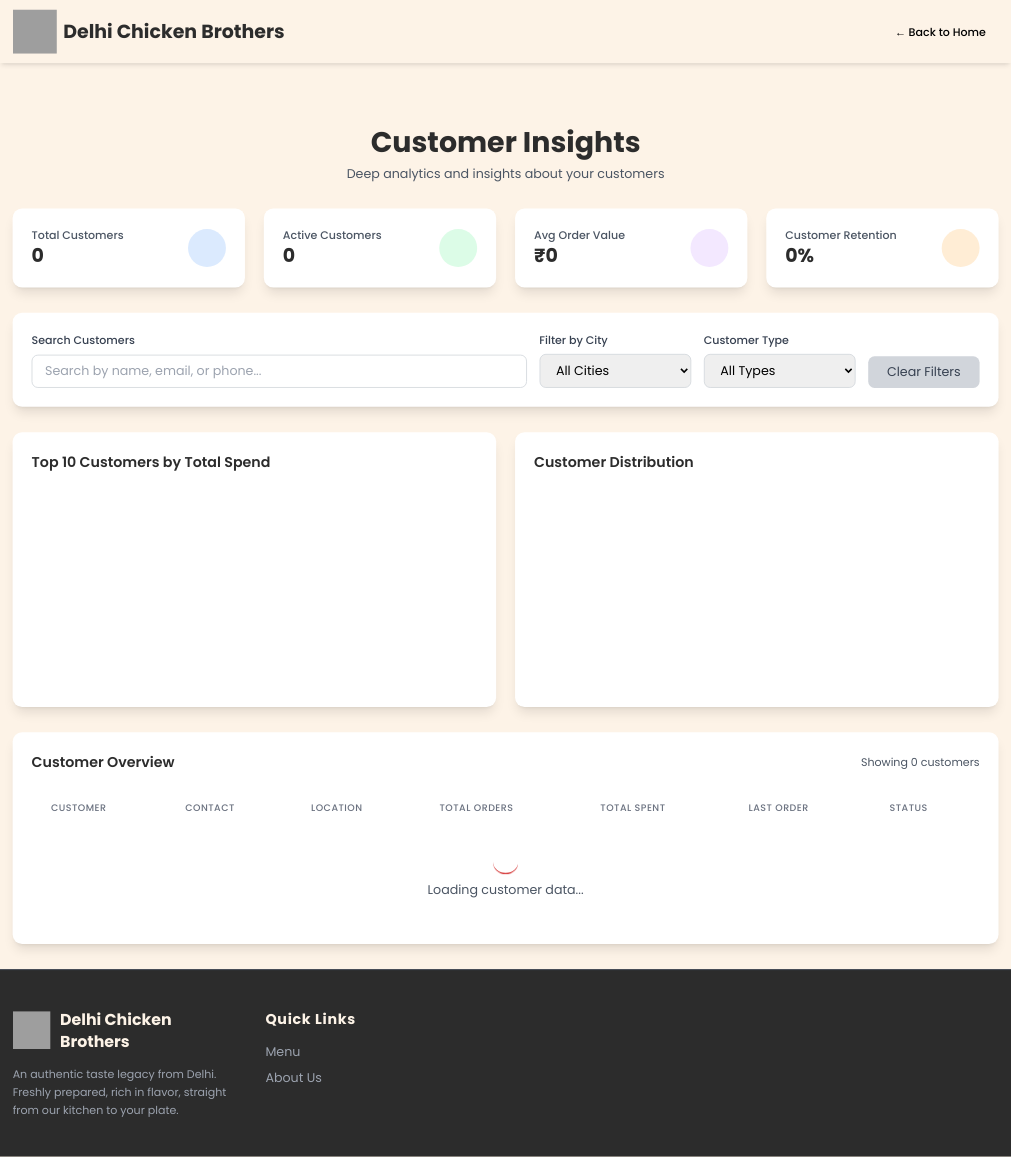
Repository: roydigital/dcb_pos_final
Page: customers.html
The author's editor kept a copy of each file at every save. The page is drawn from the files as they stood at one save, then again after a run of saves.
The browser window is 1280 px wide. The pictures show the whole page, at 79% of full size.
Pictures or frames that could not be fetched are drawn as grey boxes. Some web libraries are served in a nearby version.

Above is the page before, as saved 2025-10-13 16:50:54.

### customers.html
<!DOCTYPE html>
<html lang="en">
<head>
    <meta charset="UTF-8">
    <meta name="viewport" content="width=device-width, initial-scale=1.0">
    <title>Customer Insights - Delhi Chicken Brothers</title>
    <script src="https://cdn.tailwindcss.com"></script>
    <link rel="preconnect" href="https://fonts.googleapis.com">
    <link rel="preconnect" href="https://fonts.gstatic.com" crossorigin>
    <link href="https://fonts.googleapis.com/css2?family=Poppins:wght@400;500;600;700&family=Roboto:wght@400;500;700&display=swap" rel="stylesheet">
    <script src="https://unpkg.com/lucide@latest"></script>
    <script src="https://cdn.jsdelivr.net/npm/chart.js"></script>
    <style>
        body {
            font-family: 'Poppins', 'Roboto', sans-serif;
            background-color: #FDF3E7;
        }
        :root {
            --brand-red: #D12727;
            --brand-dark: #2C2C2C;
            --brand-cream: #FDF3E7;
            --brand-light-cream: #FFFBF5;
        }
        .bg-brand-red { background-color: var(--brand-red); }
        .text-brand-red { color: var(--brand-red); }
        .border-brand-red { border-color: var(--brand-red); }
        .bg-brand-dark { background-color: var(--brand-dark); }
        .text-brand-dark { color: var(--brand-dark); }
        .bg-brand-cream { background-color: var(--brand-cream); }
        .text-brand-cream { color: var(--brand-cream); }
        .bg-brand-light-cream { background-color: var(--brand-light-cream); }

        /* Custom scrollbar */
        ::-webkit-scrollbar {
            width: 8px;
        }
        ::-webkit-scrollbar-track {
            background: var(--brand-cream);
        }
        ::-webkit-scrollbar-thumb {
            background: var(--brand-red);
            border-radius: 10px;
        }
        ::-webkit-scrollbar-thumb:hover {
            background: #a81f1f;
        }

        .customer-card {
            transition: all 0.3s ease;
        }
        .customer-card:hover {
            transform: translateY(-2px);
            box-shadow: 0 10px 25px -5px rgba(0, 0, 0, 0.1);
        }

        .fade-in {
            animation: fadeIn 0.5s ease-in;
        }

        @keyframes fadeIn {
            from { opacity: 0; transform: translateY(10px); }
            to { opacity: 1; transform: translateY(0); }
        }

        .loading {
            opacity: 0.6;
            pointer-events: none;
        }

        /* Badge styles */
        .badge-new { background-color: #10B981; color: white; }
        .badge-returning { background-color: #3B82F6; color: white; }
        .badge-frequent { background-color: #8B5CF6; color: white; }
        .badge-high-value { background-color: #F59E0B; color: white; }
        .badge-inactive { background-color: #6B7280; color: white; }

        /* Drawer animations */
        .drawer-enter {
            transform: translateX(100%);
        }
        .drawer-enter-active {
            transform: translateX(0);
            transition: transform 0.3s ease-out;
        }
        .drawer-exit {
            transform: translateX(0);
        }
        .drawer-exit-active {
            transform: translateX(100%);
            transition: transform 0.3s ease-in;
        }
    </style>
</head>
<body class="min-h-screen flex flex-col">
    <!-- Header -->
    <header class="bg-brand-cream sticky top-0 z-40 shadow-md" style="background-color: #FDF3E7 !important;">
        <div class="container mx-auto px-4 py-3 flex justify-between items-center">
            <a href="index.html" class="flex items-center gap-2">
                <img src="https://dcbchicken.com/images/logo.png" alt="Delhi Chicken Brothers Logo" class="h-12 w-12 md:h-14 md:w-14">
                <span class="text-xl md:text-2xl font-bold text-brand-dark hidden sm:block">Delhi Chicken Brothers</span>
            </a>
            <div class="flex items-center gap-4">
                <a href="index.html" class="text-sm font-medium hover:text-brand-red transition-colors">← Back to Home</a>
                <div id="auth-container"></div>
            </div>
        </div>
    </header>

    <!-- Main Content -->
    <main class="container mx-auto px-4 pt-20 pb-8 flex-grow">
        <!-- Page Header -->
        <div class="text-center mb-8">
            <h1 class="text-3xl md:text-4xl font-bold text-brand-dark mb-2">Customer Insights</h1>
            <p class="text-gray-600">Deep analytics and insights about your customers</p>
        </div>

        <!-- Quick Stats Cards -->
        <div class="grid grid-cols-1 md:grid-cols-2 lg:grid-cols-4 gap-6 mb-8">
            <div class="bg-white rounded-xl shadow-lg p-6 customer-card">
                <div class="flex items-center justify-between">
                    <div>
                        <p class="text-sm font-medium text-gray-600">Total Customers</p>
                        <p id="total-customers" class="text-2xl font-bold text-brand-dark">0</p>
                    </div>
                    <div class="w-12 h-12 bg-blue-100 rounded-full flex items-center justify-center">
                        <i data-lucide="users" class="h-6 w-6 text-blue-600"></i>
                    </div>
                </div>
            </div>

            <div class="bg-white rounded-xl shadow-lg p-6 customer-card">
                <div class="flex items-center justify-between">
                    <div>
                        <p class="text-sm font-medium text-gray-600">Active Customers</p>
                        <p id="active-customers" class="text-2xl font-bold text-brand-dark">0</p>
                    </div>
                    <div class="w-12 h-12 bg-green-100 rounded-full flex items-center justify-center">
                        <i data-lucide="user-check" class="h-6 w-6 text-green-600"></i>
                    </div>
                </div>
            </div>

            <div class="bg-white rounded-xl shadow-lg p-6 customer-card">
                <div class="flex items-center justify-between">
                    <div>
                        <p class="text-sm font-medium text-gray-600">Avg Order Value</p>
                        <p id="avg-order-value" class="text-2xl font-bold text-brand-dark">₹0</p>
                    </div>
                    <div class="w-12 h-12 bg-purple-100 rounded-full flex items-center justify-center">
                        <i data-lucide="trending-up" class="h-6 w-6 text-purple-600"></i>
                    </div>
                </div>
            </div>

            <div class="bg-white rounded-xl shadow-lg p-6 customer-card">
                <div class="flex items-center justify-between">
                    <div>
                        <p class="text-sm font-medium text-gray-600">Customer Retention</p>
                        <p id="retention-rate" class="text-2xl font-bold text-brand-dark">0%</p>
                    </div>
                    <div class="w-12 h-12 bg-orange-100 rounded-full flex items-center justify-center">
                        <i data-lucide="repeat" class="h-6 w-6 text-orange-600"></i>
                    </div>
                </div>
            </div>
        </div>

        <!-- Filters and Search -->
        <div class="bg-white rounded-xl shadow-lg p-6 mb-8 customer-card">
            <div class="flex flex-wrap gap-4 items-end">
                <div class="flex-1 min-w-[300px]">
                    <label class="block text-sm font-medium text-gray-700 mb-2">Search Customers</label>
                    <input type="text" id="search-input" placeholder="Search by name, email, or phone..."
                        class="w-full px-4 py-2 border border-gray-300 rounded-lg focus:outline-none focus:ring-2 focus:ring-brand-red focus:border-brand-red">
                </div>

                <div>
                    <label class="block text-sm font-medium text-gray-700 mb-2">Filter by City</label>
                    <select id="city-filter" class="w-48 px-4 py-2 border border-gray-300 rounded-lg focus:outline-none focus:ring-2 focus:ring-brand-red focus:border-brand-red">
                        <option value="">All Cities</option>
                    </select>
                </div>

                <div>
                    <label class="block text-sm font-medium text-gray-700 mb-2">Customer Type</label>
                    <select id="type-filter" class="w-48 px-4 py-2 border border-gray-300 rounded-lg focus:outline-none focus:ring-2 focus:ring-brand-red focus:border-brand-red">
                        <option value="">All Types</option>
                        <option value="new">New Customers</option>
                        <option value="returning">Returning Customers</option>
                        <option value="frequent">Frequent Customers</option>
                        <option value="high-value">High-Value Customers</option>
                        <option value="inactive">Inactive Customers</option>
                    </select>
                </div>

                <button id="clear-filters" class="bg-gray-300 text-gray-700 px-6 py-2 rounded-lg hover:bg-gray-400 transition-colors">
                    Clear Filters
                </button>
            </div>
        </div>

        <!-- Analytics Charts Section -->
        <div class="grid grid-cols-1 lg:grid-cols-2 gap-6 mb-8">
            <!-- Top Customers Chart -->
            <div class="bg-white rounded-xl shadow-lg p-6 customer-card">
                <h3 class="text-lg font-semibold text-brand-dark mb-4">Top 10 Customers by Total Spend</h3>
                <div class="h-64">
                    <canvas id="top-customers-chart"></canvas>
                </div>
            </div>

            <!-- Customer Distribution Chart -->
            <div class="bg-white rounded-xl shadow-lg p-6 customer-card">
                <h3 class="text-lg font-semibold text-brand-dark mb-4">Customer Distribution</h3>
                <div class="h-64">
                    <canvas id="customer-distribution-chart"></canvas>
                </div>
            </div>
        </div>

        <!-- Customer Overview Table -->
        <div class="bg-white rounded-xl shadow-lg p-6 customer-card">
            <div class="flex justify-between items-center mb-6">
                <h3 class="text-lg font-semibold text-brand-dark">Customer Overview</h3>
                <div class="text-sm text-gray-600" id="customer-count">Showing 0 customers</div>
            </div>

            <div class="overflow-x-auto">
                <table class="min-w-full divide-y divide-gray-200">
                    <thead>
                        <tr>
                            <th class="px-6 py-3 text-left text-xs font-medium text-gray-500 uppercase tracking-wider">Customer</th>
                            <th class="px-6 py-3 text-left text-xs font-medium text-gray-500 uppercase tracking-wider">Contact</th>
                            <th class="px-6 py-3 text-left text-xs font-medium text-gray-500 uppercase tracking-wider">Location</th>
                            <th class="px-6 py-3 text-left text-xs font-medium text-gray-500 uppercase tracking-wider">Total Orders</th>
                            <th class="px-6 py-3 text-left text-xs font-medium text-gray-500 uppercase tracking-wider">Total Spent</th>
                            <th class="px-6 py-3 text-left text-xs font-medium text-gray-500 uppercase tracking-wider">Last Order</th>
                            <th class="px-6 py-3 text-left text-xs font-medium text-gray-500 uppercase tracking-wider">Status</th>
                        </tr>
                    </thead>
                    <tbody id="customers-table-body" class="bg-white divide-y divide-gray-200">
                        <!-- Customer data will be populated here -->
                    </tbody>
                </table>
            </div>

            <!-- Loading State -->
            <div id="table-loading" class="text-center py-8">
                <div class="animate-spin rounded-full h-8 w-8 border-b-2 border-brand-red mx-auto mb-2"></div>
                <p class="text-gray-600">Loading customer data...</p>
            </div>

            <!-- No Results State -->
            <div id="no-results" class="text-center py-8 hidden">
                <i data-lucide="users" class="h-16 w-16 text-gray-300 mx-auto mb-4"></i>
                <p class="text-gray-600">No customers found matching your criteria.</p>
            </div>
        </div>
    </main>

    <!-- Customer Details Drawer -->
    <div id="customer-drawer" class="fixed inset-0 z-50 hidden">
        <div class="absolute inset-0 bg-black bg-opacity-50" id="drawer-overlay"></div>
        <div class="absolute right-0 top-0 h-full w-full max-w-2xl bg-white shadow-2xl overflow-y-auto drawer-enter">
            <div class="p-6">
                <!-- Drawer Header -->
                <div class="flex justify-between items-center mb-6">
                    <h2 class="text-2xl font-bold text-brand-dark">Customer Details</h2>
                    <button id="close-drawer" class="p-2 rounded-full hover:bg-gray-200">
                        <i data-lucide="x" class="h-6 w-6"></i>
                    </button>
                </div>

                <!-- Customer Profile -->
                <div id="customer-profile" class="space-y-6">
                    <!-- Loading State -->
                    <div id="profile-loading" class="text-center py-8">
                        <div class="animate-spin rounded-full h-8 w-8 border-b-2 border-brand-red mx-auto mb-2"></div>
                        <p class="text-gray-600">Loading customer details...</p>
                    </div>

                    <!-- Customer Content (will be populated dynamically) -->
                </div>
            </div>
        </div>
    </div>

    <!-- Footer -->
    <footer id="contact" class="bg-brand-dark text-brand-cream border-t border-gray-700 mt-auto">
        <div class="container mx-auto px-4 py-12">
            <div class="grid grid-cols-1 md:grid-cols-4 gap-8">
                <!-- Brand Info -->
                <div class="col-span-1 md:col-span-1">
                    <a href="index.html" class="flex items-center gap-3 mb-4">
                        <img src="https://dcbchicken.com/images/logo.png" alt="Delhi Chicken Brothers Logo" class="h-12 w-12">
                        <span class="text-xl font-bold">Delhi Chicken Brothers</span>
                    </a>
                    <p class="text-gray-400 text-sm leading-relaxed">
                        An authentic taste legacy from Delhi. Freshly prepared, rich in flavor, straight from our kitchen to your plate.
                    </p>
                </div>

                <!-- Quick Links -->
                <div>
                    <h4 class="font-bold text-lg mb-4 tracking-wider">Quick Links</h4>
                    <ul class="space-y-2">
                        <li><a href="index.html#menu" class="text-gray-400 hover:text-brand-red transition-colors">Menu</a></li>
                        <li><a href="index.html#about" class="text-gray-400 hover:text-brand-red transition-colors">About Us</a></li>

After the next 4 saves:
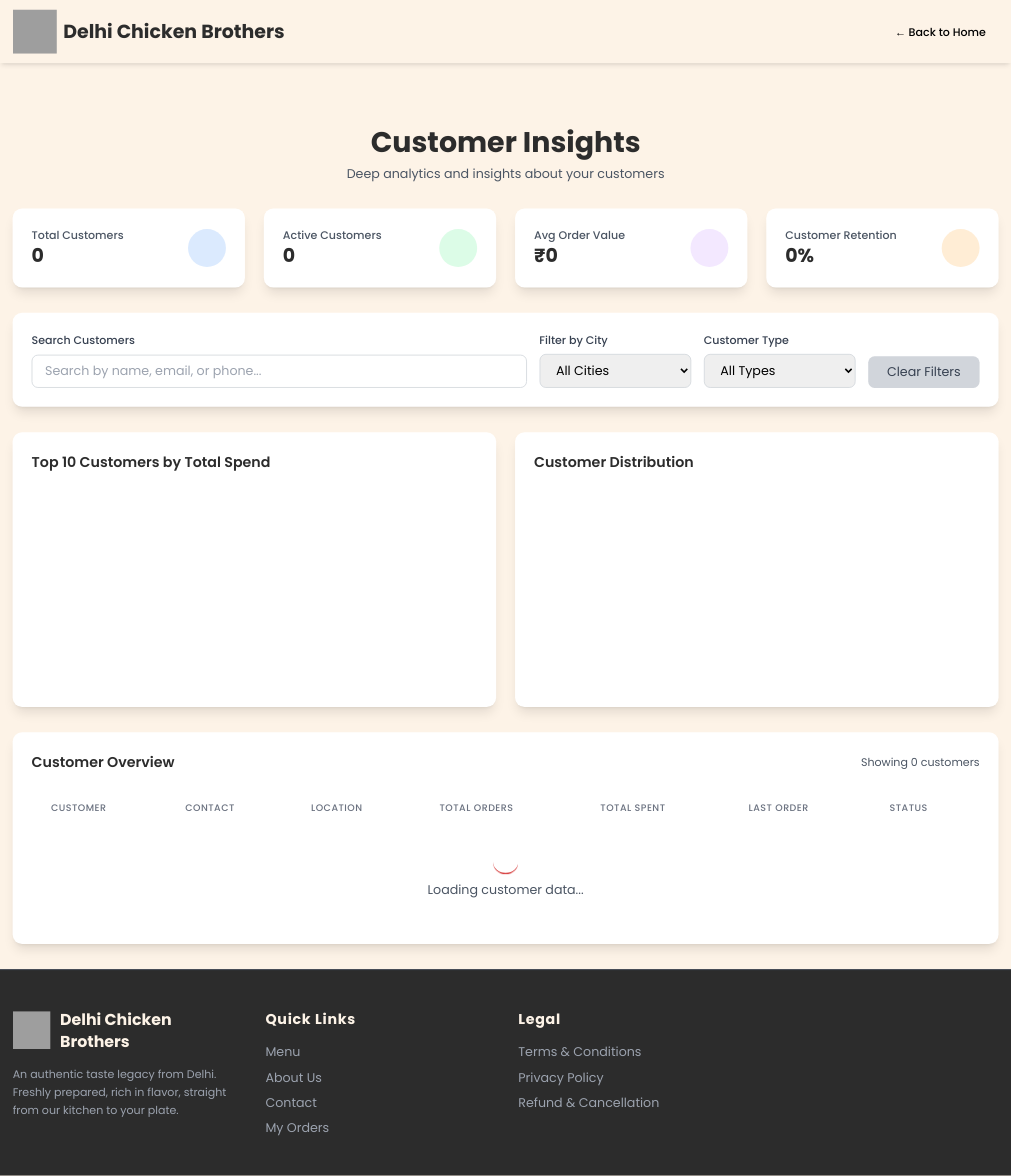
The 4 saves are shown as one change because they came seconds apart.
The last was saved 8 s later.
--- a/customers.html
+++ b/customers.html
@@ -306,3 +306,15 @@
                     <ul class="space-y-2">
                         <li><a href="index.html#menu" class="text-gray-400 hover:text-brand-red transition-colors">Menu</a></li>
                         <li><a href="index.html#about" class="text-gray-400 hover:text-brand-red transition-colors">About Us</a></li>
+                        <li><a href="contact-us.html" class="text-gray-400 hover:text-brand-red transition-colors">Contact</a></li>
+                        <li><a href="order-history.html" class="text-gray-400 hover:text-brand-red transition-colors">My Orders</a></li>
+                    </ul>
+                </div>
+
+                <!-- Legal -->
+                <div>
+                    <h4 class="font-bold text-lg mb-4 tracking-wider">Legal</h4>
+                    <ul class="space-y-2">
+                        <li><a href="terms-and-conditions.html" class="text-gray-400 hover:text-brand-red transition-colors">Terms & Conditions</a></li>
+                        <li><a href="privacy-policy.html" class="text-gray-400 hover:text-brand-red transition-colors">Privacy Policy</a></li>
+                        <li><a href="refund-cancellation-policy.html" class="text-gray-400 hover:text-brand-red transition-colors">Refund & Cancellation</a></li>
